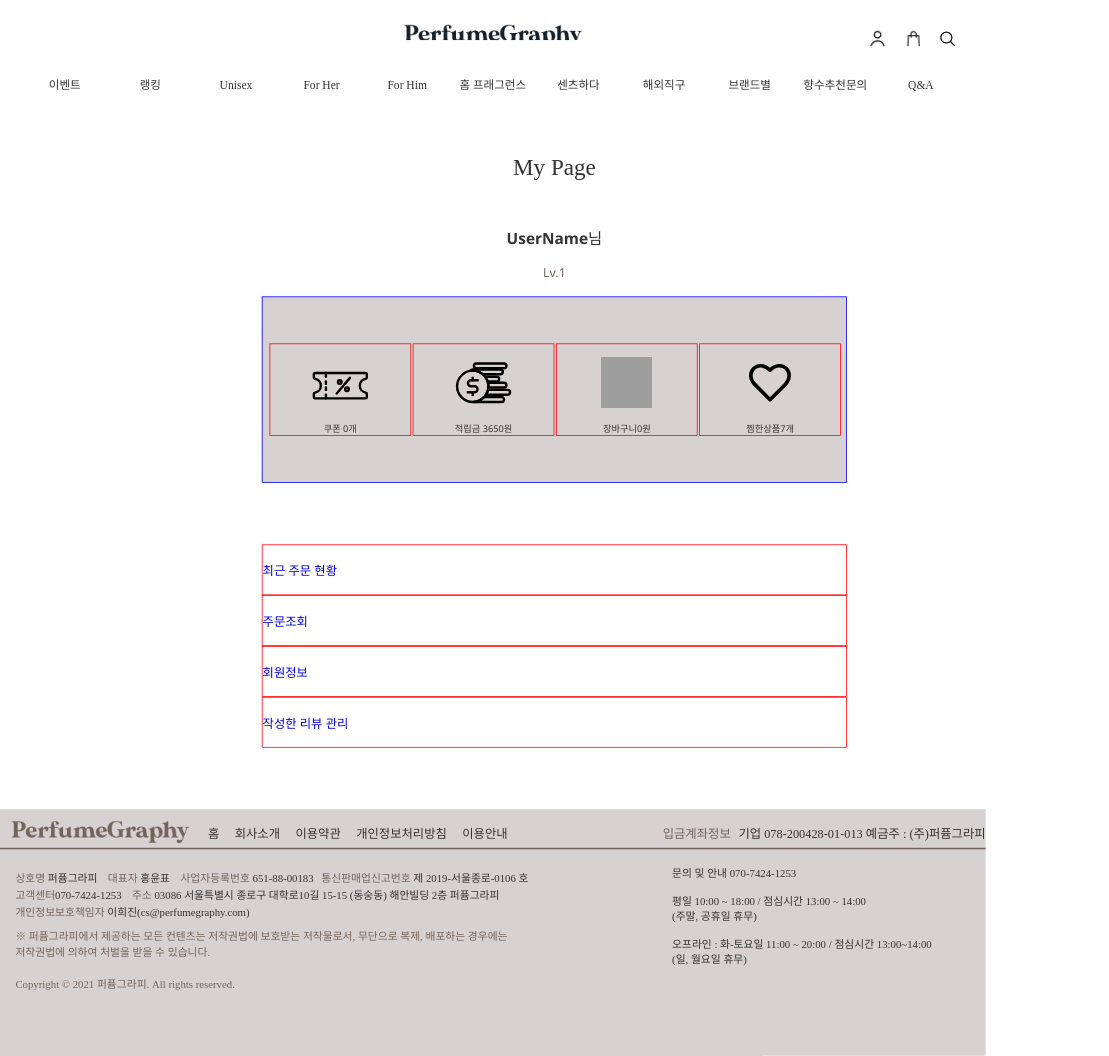
Repository: mingdue03/perfumegraphy
Page: myPage.html
The author's editor kept a copy of each file at every save. The page is drawn from the files as they stood at one save, then again after the next save.
The browser window is 1280 px wide. The page is 1440 px wide, so the pictures cover 1440 px, including what lies to the right of the window. The pictures show the whole page, at 77% of full size.
Pictures or frames that could not be fetched are drawn as grey boxes.

Above is the page before, as saved 2021-08-27 14:59:22.

### myPage.html
<!DOCTYPE html>
<html lang="ko">
<head>
    <meta charset="UTF-8">
    <meta http-equiv="X-UA-Compatible" content="IE=edge">
    <meta name="viewport" content="width=device-width, initial-scale=1.0">
    <title>PerfumeGraphy</title>
    <link rel="stylesheet" href="css/basic.css">
    <link rel="stylesheet" href="css/mypage.css">
    <link href="https://fonts.googleapis.com/css2?family=Noto+Serif+KR&display=swap" rel="stylesheet">
    <script src="js/jquery-1.12.4.min.js"></script>
    <script src="js/jquery.slides.min.js"></script>
    <script src="js/jquery.stellar.js"></script>
    <script src="js/main_1.js"></script>
</head>
<body>
<div id="body_wrap">
    <header>
    <div id="header_wrap">
        <div class="header_top">
            <div class="logo">
                <h1><a href="index.html">PerfumeGraphy</a></h1>
            </div>
            <ul class="top_menu">
                <li class="user"><a href="login.html">마이페이지</a></li>
                <li class="cart"><a href="mypage.html">장바구니</a></li>
                <li class="search"><a href="#">검색</a></li>
                <li class="ham_btn"><a href="#">button</a></li>
            </ul>
        </div>
        <div class="search_pop">
            <div class="search_bg">
                <span></span>
                <ul>
                    <li><a href="#">#금주의 향수</a></li>
                    <li><a href="#">#럭셔리집들이선물</a></li>
                    <li><a href="#">#비누향수</a></li>
                </ul>
            </div>
        </div>
        <div class="header_b" >
            <ul class="gnb">
                <li>
                    <a href="#">이벤트</a>
                </li>
                <li class="hasSub">
                    <a href="lank.html">랭킹</a>
                    <ul class="sub_menu">
                        <li><a href="lank.html">전체 랭킹 </a></li>
                        <li><a href="lank.html">Unisex 랭킹</a></li>
                        <li><a href="lank.html">For her 랭킹</a></li>
                        <li><a href="lank.html">For him 랭킹</a></li>
                    </ul>
                </li>
                <li class="hasSub">
                    <a href="#">Unisex</a>
                    <ul class="sub_menu">
                        <li><a href="#">ALL</a></li>
                        <li><a href="#"> 시트러스 | 그린</a></li>
                        <li><a href="#">우디 | 베티버</a></li>
                        <li><a href="#">샌달우드 | 머스크</a></li>
                        <li><a href="#">스파이시 | 통카빈</a></li>
                    </ul>
                </li>
                <li class="hasSub">
                    <a href="#">For Her</a>
                    <ul class="sub_menu">
                        <li><a href="#">ALL</a></li>
                        <li><a href="#">시트러스 | 그린</a></li>
                        <li><a href="#">플로럴 | 화이트플로럴</a></li>
                        <li><a href="#">머스크 | 앰버</a></li>
                        <li><a href="#">스위트 | 바닐라</a></li>
                    </ul>
                </li>
                <li class="hasSub">
                    <a href="#">For Him</a>
                    <ul class="sub_menu">
                        <li><a href="#">ALL</a></li>
                        <li><a href="#">시트러스 | 그린</a></li>
                        <li><a href="#">우디 | 베티버</a></li>
                        <li><a href="#">웜스파이시 | 통카빈</a></li>
                        <li><a href="#">머스크 | 앰버</a></li>
                        <li><a href="#">라벤더 | 워터리</a></li>
                    </ul>
                </li>
                <li class="hasSub">
                    <a href="#">홈 프래그런스</a>
                    <ul class="sub_menu">
                        <li><a href="#">디퓨저 & 캔들</a></li>
                        <li><a href="#">바디 & 솝</a></li>
                    </ul>
                </li>
                <li><a href="#">센츠하다</a></li>
                <li>
                    <a href="#">해외직구</a>
                </li>
                <li><a href="#">브랜드별</a></li>
                <li><a href="#">향수추천문의</a></li>
                <li><a href="#">Q&A</a></li>
            </ul>
        </div>
        <div class="gnb_dim"></div>
    </div>
    </header>
    <!------------------------login-------------------------------->
    <main id="mypage">
        <div class="mypage_wrap">
            <h2>My Page</h2>
            <section class="name">
                <div>
                    <p><span>UserName</span>님</p>
                    <p class="level">Lv.1</p>
                </div>
            </section>
            <section class="coupon">
                <div class="coupon_wrap">
                    <ul>
                        <li><a href="#" class="coupon">쿠폰 <span>0개</span></a></li>
                        <li><a href="#" class="coin">적립금 <span>3650원</span></a></li>
                        <li><a href="#" class="cart">장바구니<span>0원</span></a></li>
                        <li><a href="#" class="heart">찜한상품<span>7개</span></a></li>
                    </ul>
                </div>
            </section>
            <section class="order">
                <div class="oder_wrap">
                    <ul>
                        <li class="recent"><a href="#">최근 주문 현황</a></li>
                        <li><a href="#">주문조회</a></li>
                        <li><a href="#">회원정보</a></li>
                        <li><a href="#">작성한 리뷰 관리</a></li>
                    </ul>

                </div>
            </section>

        </div>
    </main>
    <footer>
        <div id="footer_in">
            <div class="footer_top">
                <h2>PerfumeGraphy</h2>
                <ul class="m_hidden">
                    <li><a href="javasctipt:;">홈</a></li>
                    <li><a href="javasctipt">회사소개</a></li>
                    <li><a href="javasctipt">이용약관</a></li>
                    <li><a href="javasctipt">개인정보처리방침</a></li>
                    <li><a href="javasctipt">이용안내</a></li>
                </ul>
                <p><span>입금계좌정보</span> 기업 078-200428-01-013 예금주 : (주)퍼퓸그라피</p>
            </div>
        </div>
        <div class="footer_bottom">
            <section class="left">
                <ul class="pc_hidden">
                    <li><a href="javasctipt:;">홈</a></li>
                    <li><a href="javasctipt">회사소개</a></li>
                    <li><a href="javasctipt">이용약관</a></li>
                    <li><a href="javasctipt">개인정보처리방침</a></li>
                    <li><a href="javasctipt">이용안내</a></li>
                </ul>
                <p class="margin">
                    <p><span>상호명</span>  퍼퓸그라피</p> <p><span>대표자</span> 홍윤표</p>	 <p><span>사업자등록번호</span> 651-88-00183</p><p> <span >통신판매업신고번호</span>  제 2019-서울종로-0106 호<br></p>
                </p>
                <p class="pc_hidden">
                    <span>고객센터</span>070-7424-1253
                </p>
                <p>
                    <span> 주소</span> 03086 서울특별시 종로구 대학로10길 15-15 (동숭동) 해안빌딩 2층 퍼퓸그라피
                </p>
                <p ><span>개인정보보호책임자</span> 	 이희진(cs@perfumegraphy.com) </p>
                <p class="margin"><span class="m_hidden"> ※ 퍼퓸그라피에서 제공하는 모든 컨텐츠는 저작권법에 보호받는 저작물로서, 무단으로 복제, 배포하는 경우에는<br><span></span> 저작권법에 의하여
                처벌을 받을 수 있습니다.</span></p>
                <p class="margin"><span class="m_hidden"> Copyright © 2021 퍼퓸그라피. All rights reserved.</span></p>
            </section>
            <section class="right m_hidden">
                <p>문의 및 안내   070-7424-1253<br>
                    <br>
                    평일 10:00 ~ 18:00 / 점심시간 13:00 ~ 14:00<br>
                    (주말, 공휴일 휴무)<br>
                    <br>
                    오프라인 : 화-토요일 11:00 ~ 20:00 / 점심시간 13:00~14:00<br>
                     (일, 월요일 휴무)</p>
            </section>
        </div>
    </footer>
</div>
</body>
</html>

### css/mypage.css
@charset "UTF-8";

main#mypage{font-family:'NanumGothic','Segoe UI', Roboto, Oxygen, sans-serif ;background: #fff; color:#333; font-size:16px; }

#mypage{}
.mypage_wrap{
  width:1440px;
  margin:60px auto;
  text-align:center;
}
.mypage_wrap h2{
  font-size:30px;
  margin:60px 0;
  font-weight: normal;
  font-family: 'Noto Serif KR', serif;
}
.name {
  margin:20px 0;
}
.name p{
  font-size: 20px;
  margin:20px 0;
}
.name p span{
  font-weight: bold;
}
.name p.level{
  font-size:16px;
  color:#73645D;
}

.coupon{
  width:760px;
  margin:auto;
}
.coupon_wrap{
  width:100%;
  height:auto;
  background:#D7D1D1;
}
.coupon_wrap ul{
  border:1px solid blue;
  padding:60px 0;
}
.coupon_wrap li{
  display: inline-block;
  width:24%;
}
.coupon_wrap a{
  display: block;
  width:100%;
  height:auto;
  border:1px solid red;
  font-size:12px;
  color:#333;
}
.coupon_wrap a.coupon:before{
  display:block;
  content:'';
  margin:auto;
  width:100px; height:100px;
  background:url('../img/icon/coupon_icon.svg') no-repeat 100% 100%;
}
.coupon_wrap a.coin:before{
  display:block;
  content:'';
  margin:auto;
  width:100px; height:100px;
  background:url('../img/icon/coins_icon.svg') no-repeat 100% 100%;}
.coupon_wrap a.cart:before{
  display:block;
  content:'';
  margin:17px auto;
  width:66px; height:66px;
  background:url('../img/icon/bag_icon.svg') no-repeat 100% 100%;
}
.coupon_wrap a.heart:before{
  display:block;
  content:'';
  margin:auto;
  width:100px; height:100px;
  background:url('../img/icon/basic_heart_icon.svg') no-repeat 100% 100%;
}

.order{}
.oder_wrap{
  width:760px;
  margin:80px auto;

}

.oder_wrap ul{}
.oder_wrap li{
  display:block;
  border-bottom:1px solid #999;
  text-align: left;
  border:1px solid red;
  padding: 20px 0;
}
.recent{

}
.oder_wrap a{}














@media (max-width:1440px){
  .login_wrap{
    width:100%;
  }
}

@media (max-width:450px){
  .login_wrap{
    max-width:450px;
  }
}

Loaded but not shown: js/jquery-1.12.4.min.js (library); js/jquery.slides.min.js (library); js/jquery.stellar.js (library); js/main_1.js (215 lines, source omitted); css/basic.css (877 lines, source omitted)

After the next save:
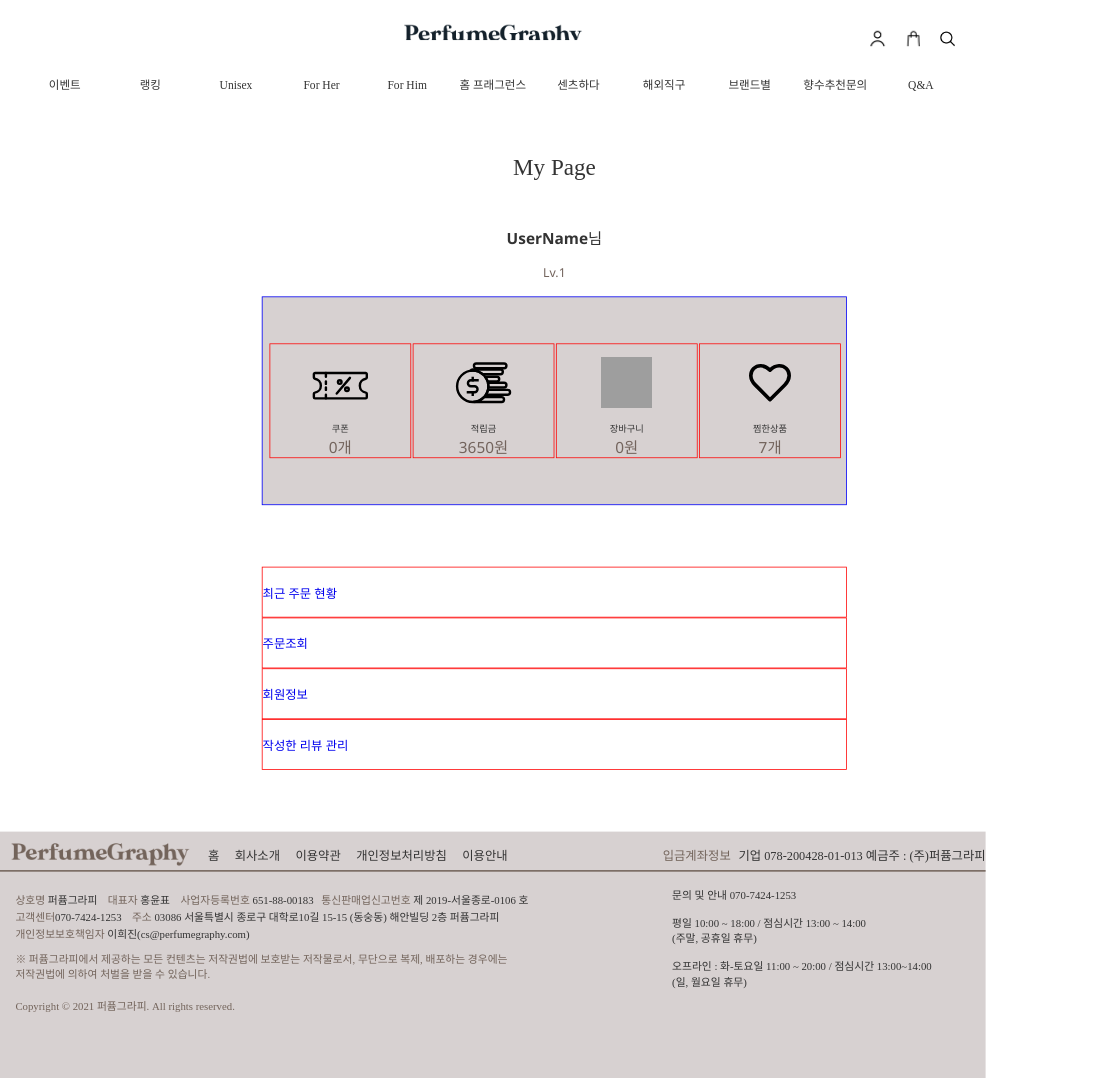
Saved 33 s later.
--- a/css/mypage.css
+++ b/css/mypage.css
@@ -81,6 +81,12 @@
   width:100px; height:100px;
   background:url('../img/icon/basic_heart_icon.svg') no-repeat 100% 100%;
 }
+.coupon_wrap a span{
+  display: block;
+  font-size:20px;
+  color:#73645D;
+}
+
 
 .order{}
 .oder_wrap{
